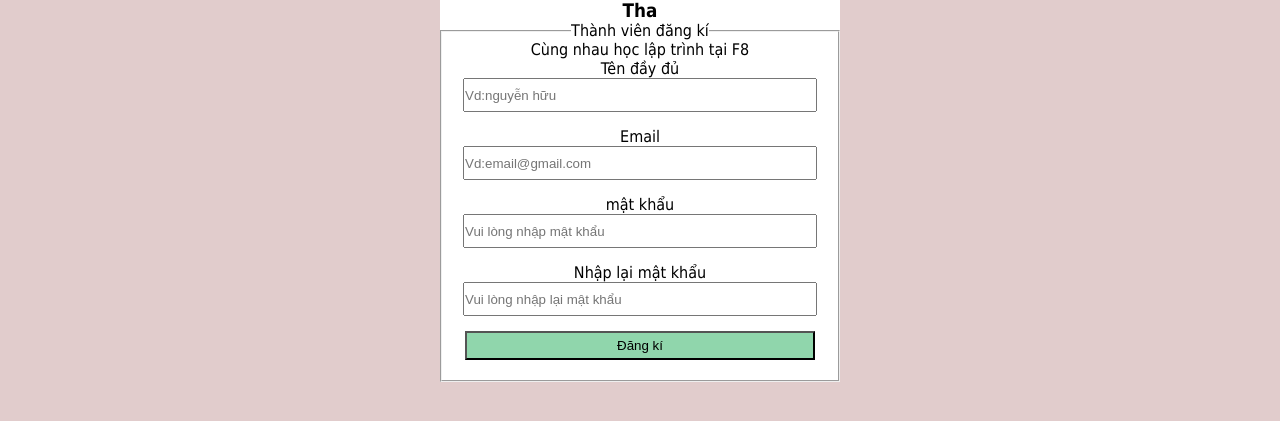
Repository: HuunvDev/Validator
Page: index.html
An editor plug-in stored every save of this project. The page is shown before and after the next save, followed by the edit.
The browser window is 1280 px wide. The pictures show the whole page.

Above is the page before, as saved 2022-08-20 08:56:49.

### index.html
<!DOCTYPE html>
<html lang="en">
<head>
    <meta charset="UTF-8">
    <meta http-equiv="X-UA-Compatible" content="IE=edge">
    <meta name="viewport" content="width=device-width, initial-scale=1.0">
    <title>Document</title>
    <link rel="stylesheet" href="style.css">
</head>
<body>
    <div class="main">
        <form action="" method="POST" class="form" id="form-1">
            <h3 class="heading">Tha</h3>
        </form>
    </div>
    <form action="register" name ="form-name">
        <fieldset>
            <legend>Thành viên đăng kí</legend>
            <p>Cùng nhau học lập trình tại F8</p>
            <div class="form-group">
                <label for="fullName" class="form-lable">Tên đầy đủ</label><br>
                <input type="text" id="fullName" name="fullName" placeholder="Vd:nguyễn hữu"><br>
                <span class="form-message"></span>
            </div>
            <div class="form-group">
                <label for="email" class="form-lable">Email</label><br>
                <input type="text" id="email" name="email" placeholder="Vd:email@gmail.com"><br>
                <span class="form-message"></span>
            </div>
            <div class="form-group">
                <label for="password" class="form-lable">mật khẩu</label><br>
                <input type="text" id="password" name="password" placeholder="Vui lòng nhập mật khẩu"><br>
                <span class="form-message"></span>
            </div>
            <div class="form-group">
                <label for="password_confirmation" class="form-lable">Nhập lại mật khẩu</label><br>
                <input type="text" id="password_confirmation" name="password_confirmation" placeholder="Vui lòng nhập lại mật khẩu"><br>
                <span class="form-message"></span>
            </div>
           <button class="form-submit">Đăng kí</button>
        </fieldset>
    </form>

    <script src="main.js"></script>
</body>
</html>

### style.css
form{
    width: 400px;
    margin: auto;
    font-family: tahoma;
    text-align: center;
    background-color: #fff;
}
*{
    margin:0;
    padding:0;
    overflow: hidden;
}
body{
    background-color: rgb(225, 204, 204);
}
input{
    width: 350px;
    height: 30px;
    margin-bottom:15px;
}
button.form-submit {
    padding: 5px;
    width: 350px;
    background-color: #90d6ac;
    margin-bottom: 20px;
}
span{
    font-size: 13px;
    color:grey;
}

### main.js
var fullName = document.getElementById('fullName');
var message = document.getElementsByClassName("form-message");
console.log(message)
fullName.onblur = function(){
    if(!fullName.value){
        message.innerText ="Vui lòng nhập trường này";
    }
}

After the next save:
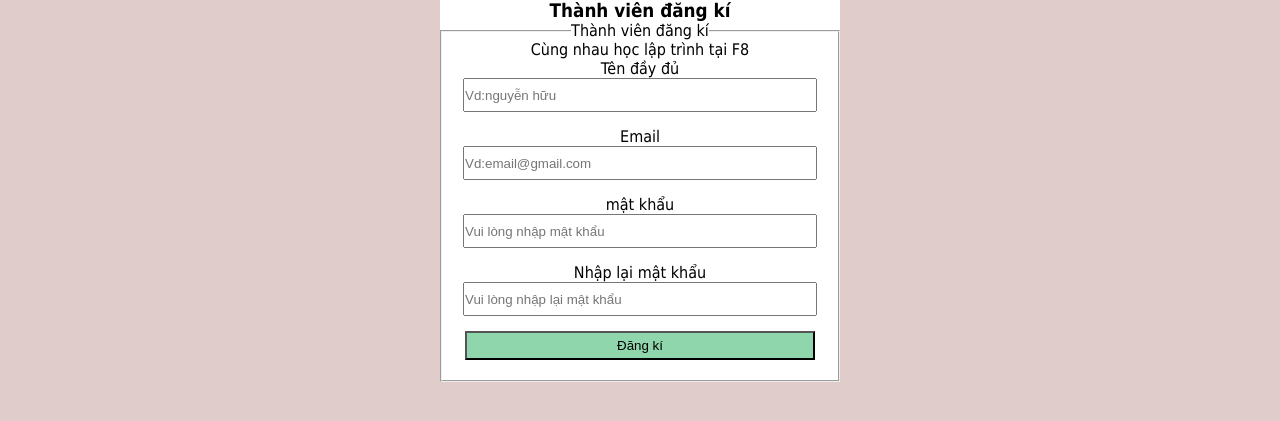
Saved 4 s later.
--- a/index.html
+++ b/index.html
@@ -10,7 +10,7 @@
 <body>
     <div class="main">
         <form action="" method="POST" class="form" id="form-1">
-            <h3 class="heading">Tha</h3>
+            <h3 class="heading">Thành viên đăng kí</h3>
         </form>
     </div>
     <form action="register" name ="form-name">
